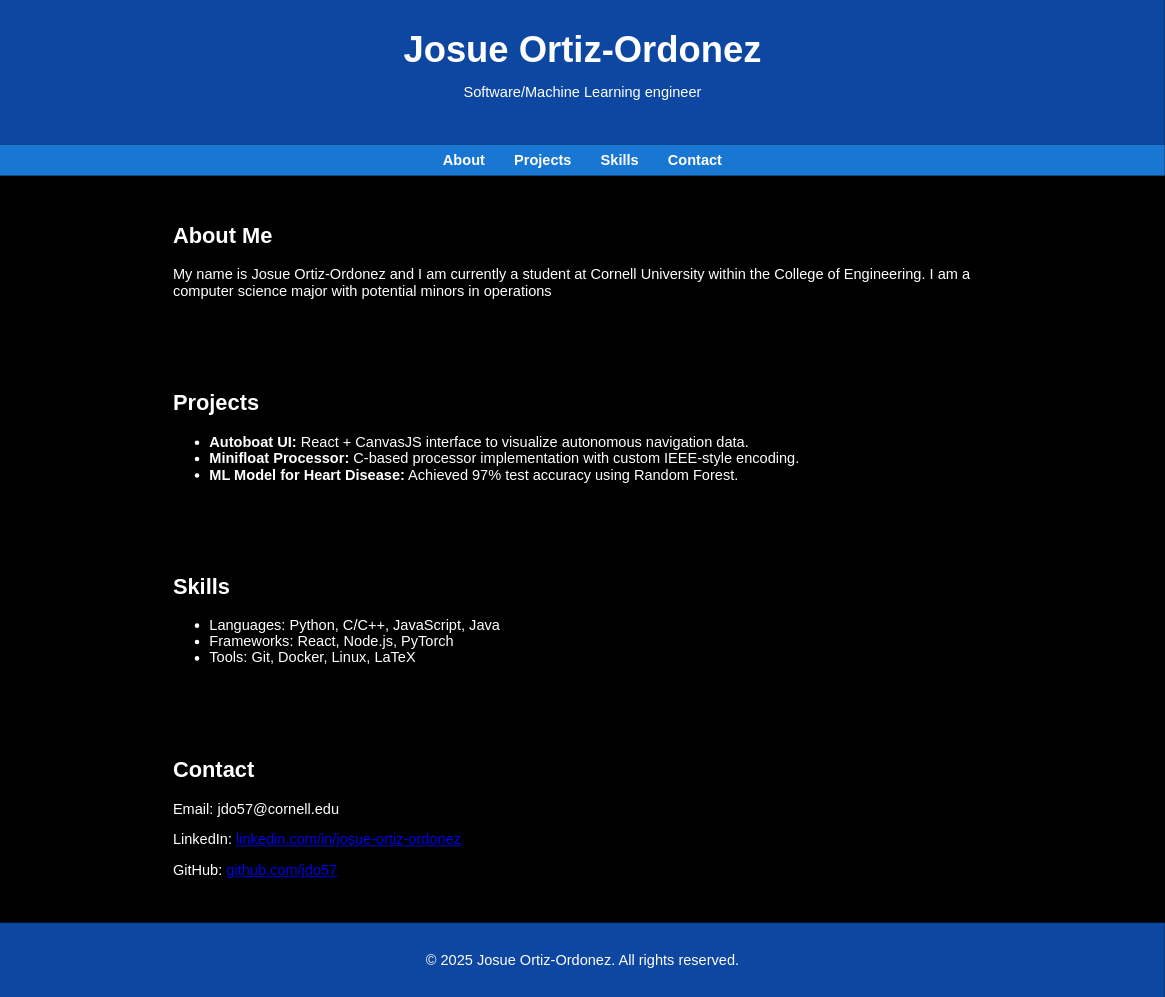
Repository: jdo57/Website
Page: index.html
An editor plug-in stored every save of this project. The page is shown before and after a run of saves, followed by the edit.
The browser window is 1280 px wide. The pictures show the whole page, at 91% of full size.

Above is the page before, as saved 2025-05-26 01:16:37.

After the next 2 saves:
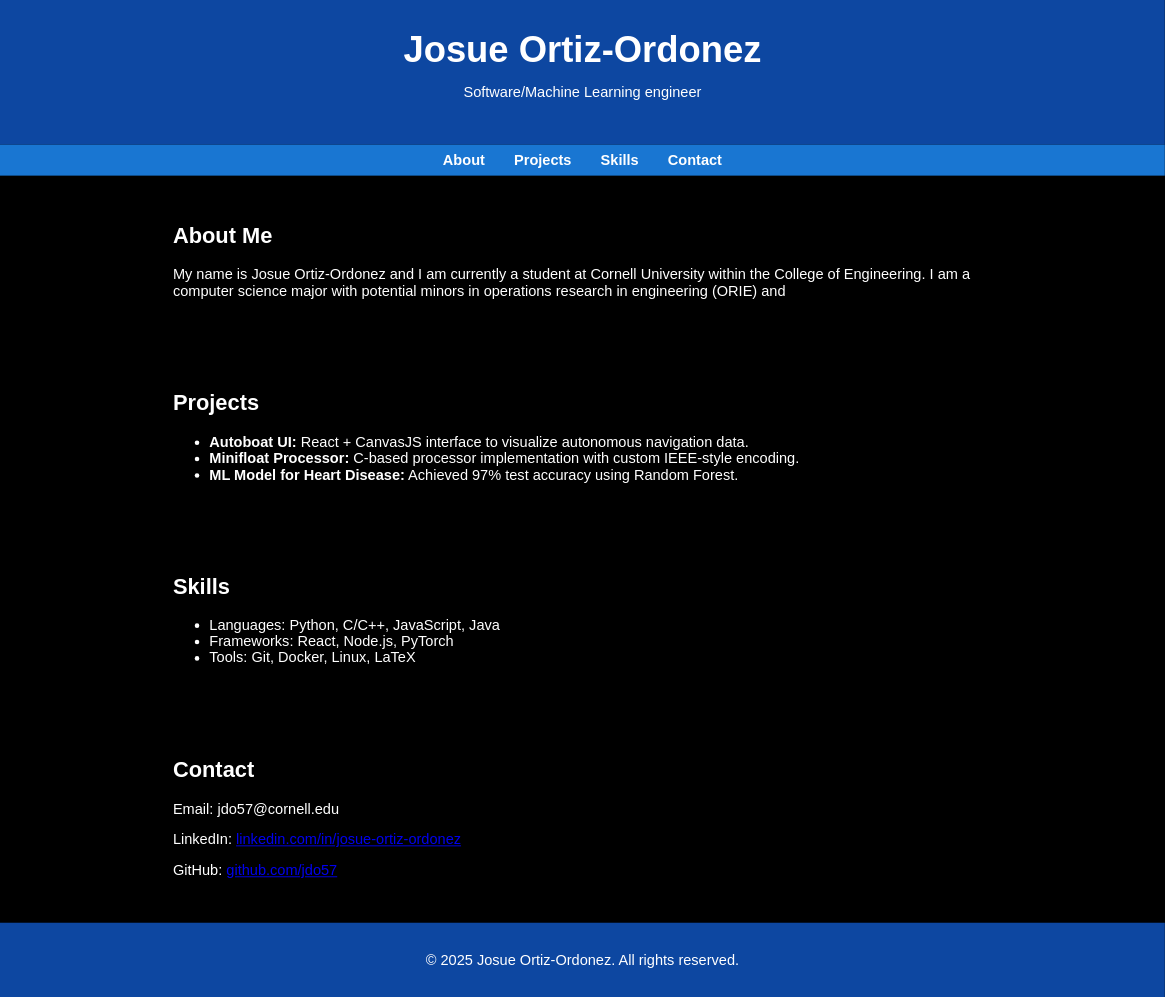
The 2 saves are shown as one change because they came seconds apart.
The last was saved 15 s later.
--- a/index.html
+++ b/index.html
@@ -81,6 +81,7 @@
     <p>
       My name is Josue Ortiz-Ordonez and I am currently a student at Cornell University within
       the College of Engineering. I am a computer science major with potential minors in operations
+      research in engineering (ORIE) and
     </p>
   </section>
 
